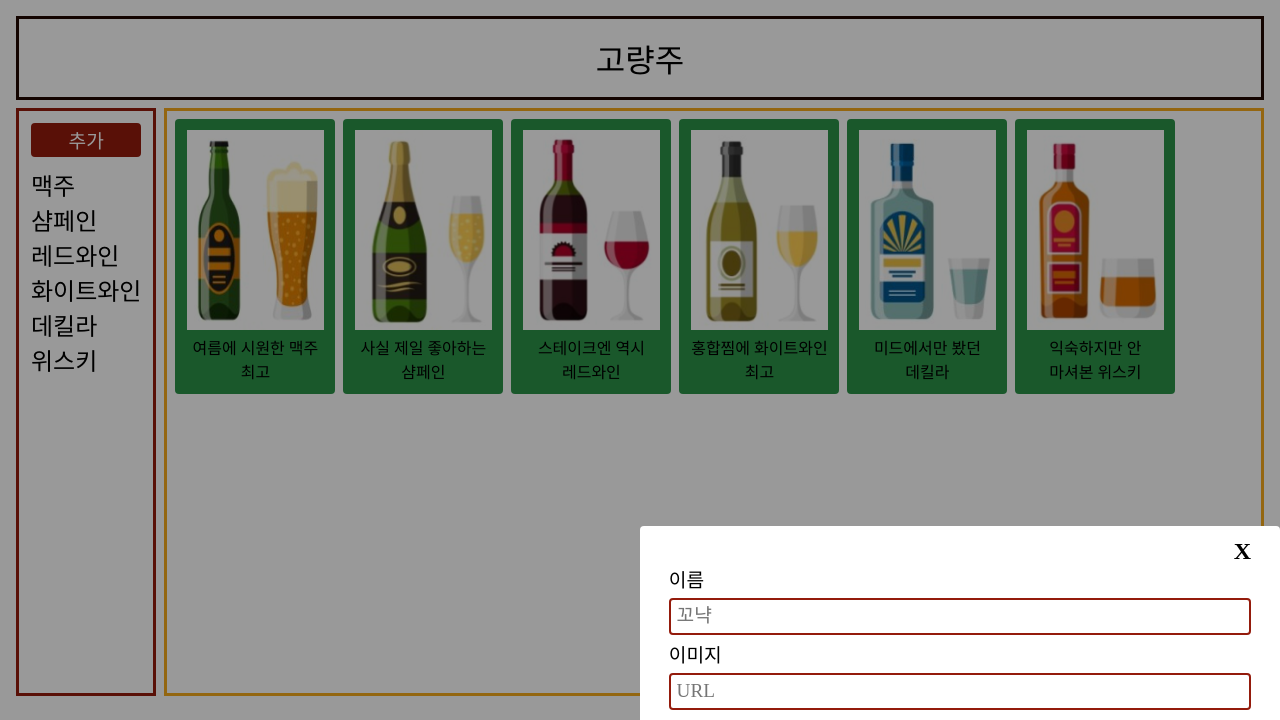
Repository: Jay-JYKim91/grj_2nd_week
Page: index.html
An editor plug-in stored every save of this project. The page is shown before and after the next save, followed by the edit.
The browser window is 1280 px wide. The pictures show the whole page.
Some web fonts or font styles are not loaded; a fallback is used.

Above is the page before, as saved 2022-05-16 17:11:40.

### index.html
<!DOCTYPE html>
<html lang="en">
<head>
    <meta charset="UTF-8">
    <meta http-equiv="X-UA-Compatible" content="IE=edge">
    <meta name="viewport" content="width=device-width, initial-scale=1.0">
    <title>고량주 2주차</title>
    <link rel="stylesheet" href="./styles.css">
    <script src="./main.js" defer></script>
</head>
<body>
    <header>
        <span>고량주</span>
    </header>
    <main>
        <aside>
            <button id="openModalBtn" class="btn">추가</button>
            <span>맥주</span>
            <span>샴페인</span>
            <span>레드와인</span>
            <span>화이트와인</span>
            <span>데킬라</span>
            <span>위스키</span>
        </aside>
        <section class="cards">
            <div class="card">
                <img src="./images/beer.png" alt="beer">
                <span>여름에 시원한 맥주 최고</span>
            </div>
            <div class="card">
                <img src="./images/champagne.png" alt="champagne">
                <span>사실 제일 좋아하는 샴페인</span>
            </div>
            <div class="card">
                <img src="./images/red_wine.png" alt="red_wine">
                <span>스테이크엔 역시 레드와인</span>
            </div>
            <div class="card">
                <img src="./images/white_wine.png" alt="white_wine">
                <span>홍합찜에 화이트와인 최고</span>
            </div>
            <div class="card">
                <img src="./images/tequila.png" alt="tequila">
                <span>미드에서만 봤던 데킬라</span>
            </div>
            <div class="card">
                <img src="./images/whiskey.png" alt="whiskey">
                <span>익숙하지만 안 마셔본 위스키</span>
            </div>
        </section>
    </main>

    <div id="addItemModal" class="modal">
        <form class="modal-content">
            <span class="close">X</span>
            <label for="name" class="label">이름</label>
            <input id="name" type="text" placeholder="꼬냑" class="input" maxlength="6" required/>
            <label for="image" class="label">이미지</label>
            <input id="imageURL" type="text" placeholder="URL" class="input" required />
            <label for="description" class="label">내용</label>
            <input id="description" type="text" placeholder="프랑스 꼬냑 지방에서 생산한대요" class="input" required />
            <button type="submit" class="btn">저장</button>
        </form>
    </div>
</body>
</html>

### styles.css
@import url("https://fonts.googleapis.com/css2?family=Hahmlet:wght@400;500&display=swap");

* {
  box-sizing: border-box;
  font-family: "Hahmlet", serif;
}

html,
body {
  height: 100%;
  margin: 0;
}

body {
  padding: 1rem;
}

header {
  border: 3px solid #220901;
  padding: 0.5em;
  font-size: 2rem;
  text-align: center;
}

main {
  display: flex;
  margin: 0.5rem 0;
  gap: 0.5rem;
  height: calc(100% - 100px);
}

aside {
  display: flex;
  flex-direction: column;
  border: 3px solid #941b0c;
  padding: 0.5em;
  font-size: 1.5rem;
  min-width: max-content;
}

.btn {
  background-color: #941b0c;
  border-radius: 4px;
  border: 2px solid #941b0c;
  color: white;
  font-size: 1.2rem;
  margin-bottom: 0.5em;
}

.btn:hover {
  background-color: white;
  color: #941b0c;
  cursor: pointer;
}

.cards {
  display: flex;
  flex-wrap: wrap;
  border: 3px solid #f6aa1c;
  padding: 0.5em;
  gap: 0.5em;
  overflow-y: scroll;
  width: 100%;
}

.card {
  display: flex;
  flex-direction: column;
  background-color: #2b9348;
  padding: 0.7em;
  text-align: center;
  word-break: keep-all;
  height: fit-content;
  border-radius: 4px;
  width: 10rem;
}

.card img {
  height: 200px;
  margin-bottom: 0.3em;
}

@media only screen and (max-width: 600px) {
  .card {
    background-color: #ffff3f;
  }
}

@media only screen and (min-width: 601px) and (max-width: 768px) {
  .card {
    background-color: #d4d700;
  }
}

@media only screen and (min-width: 769px) and (max-width: 992px) {
  .card {
    background-color: #80b918;
  }
}

.modal {
  position: fixed;
  z-index: 1;
  left: 0;
  top: 0;
  width: 100%;
  height: 100%;
  overflow: auto;
  background-color: rgba(0, 0, 0, 0.4);
}

.modal-content {
  position: fixed;
  top: 50%;
  left: 50%;
  background-color: white;
  margin: 13% auto; /* 15% from the top and centered */
  padding: 2em 1.5em 1.5em 1.5em;
  border-radius: 4px;
  width: 50%;
  min-width: 400px;
  display: flex;
  flex-direction: column;
  font-size: 1.2rem;
}

.modal-content label,
.modal-content input {
  margin-bottom: 0.3rem;
  font-size: 1.2rem;
}

.modal-content input {
  padding: 0.3em;
  border: 2px solid #941b0c;
  outline: none;
  border-radius: 4px;
}

.modal-content input:focus {
  border: 2px solid #c63523;
}

.modal-content .btn {
  margin-top: 1em;
}

/* The Close Button */
.close {
  position: absolute;
  top: 0;
  right: 0;
  padding: 0.5em 1.2em;
  font-size: 1.5rem;
  font-weight: bold;
}

.close:hover,
.close:focus {
  cursor: pointer;
}

Loaded but not shown: main.js (common file)

After the next save:
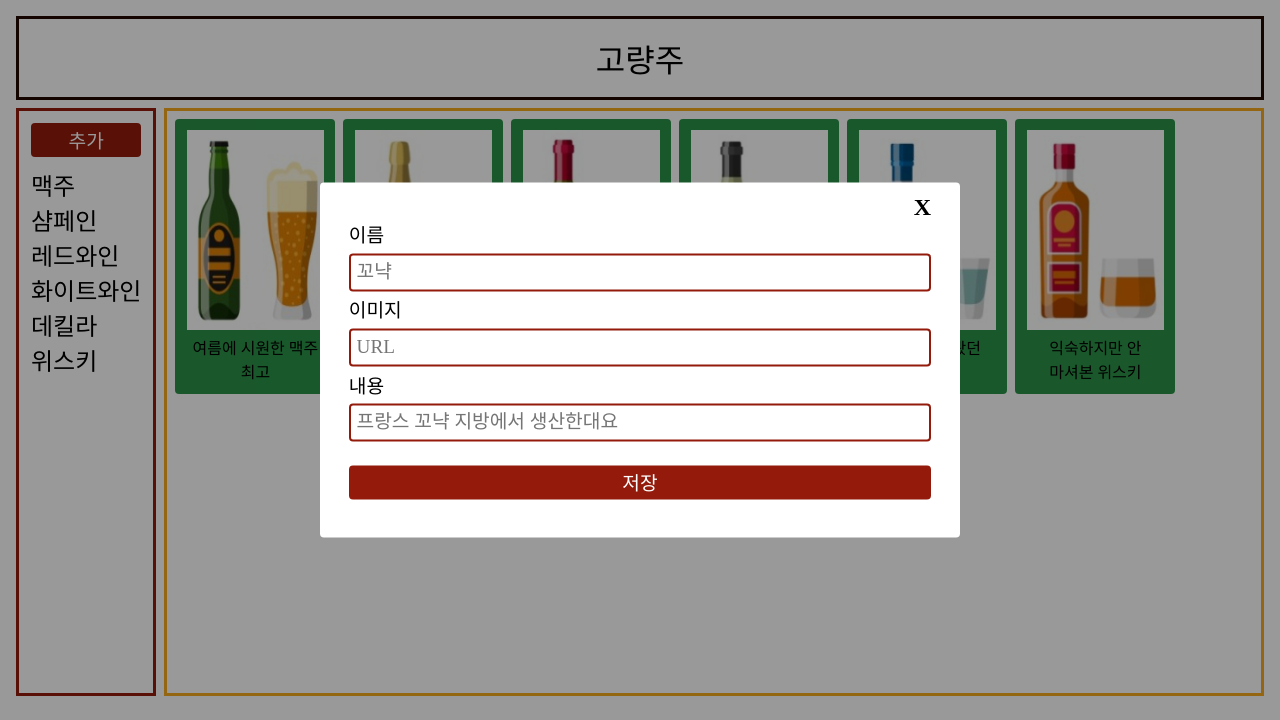
Saved 2 min 13 s later.
--- a/styles.css
+++ b/styles.css
@@ -113,8 +113,8 @@ aside {
   position: fixed;
   top: 50%;
   left: 50%;
+  transform: translate(-50%, -50%);
   background-color: white;
-  margin: 13% auto; /* 15% from the top and centered */
   padding: 2em 1.5em 1.5em 1.5em;
   border-radius: 4px;
   width: 50%;
